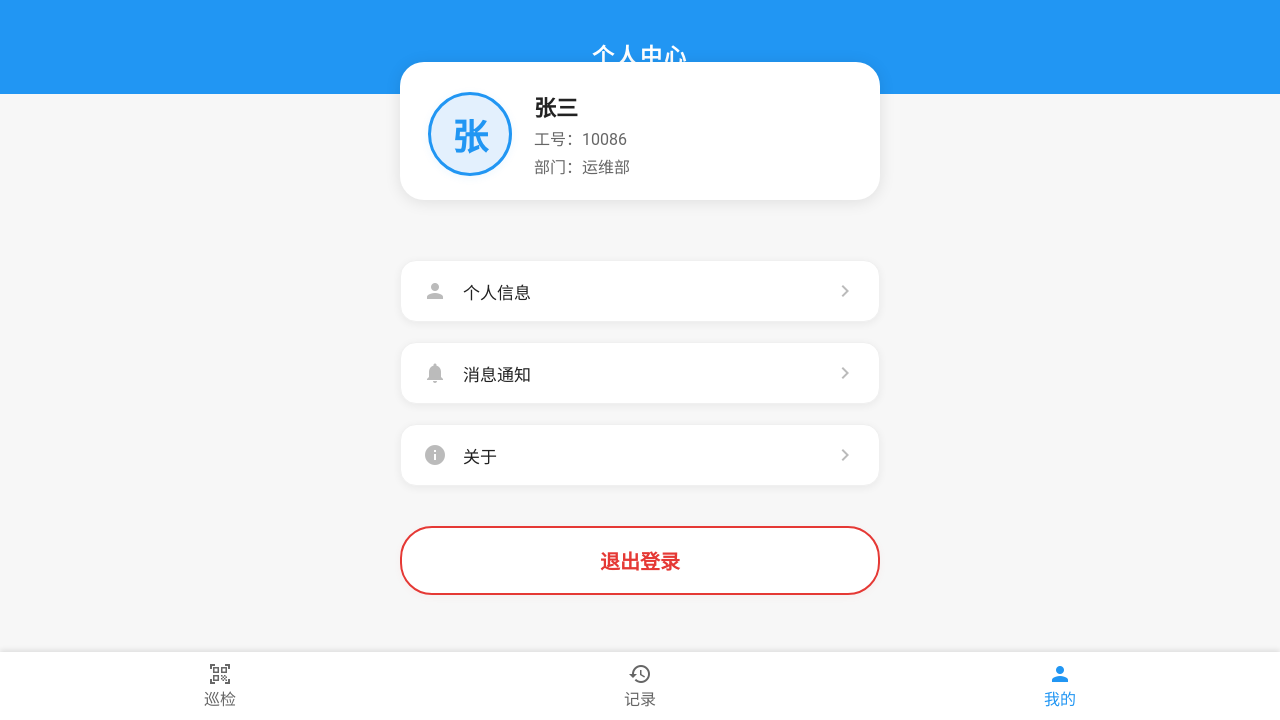
Repository: andyzheung/check-app
Page: UI原型/profile.html
These files come from the project's save history. The page is drawn as it stood at one moment and after the next save; the edit follows.
The browser window is 1280 px wide. The pictures show the whole page.

Above is the page before, as saved 2025-05-11 17:24:19.

After the next save:
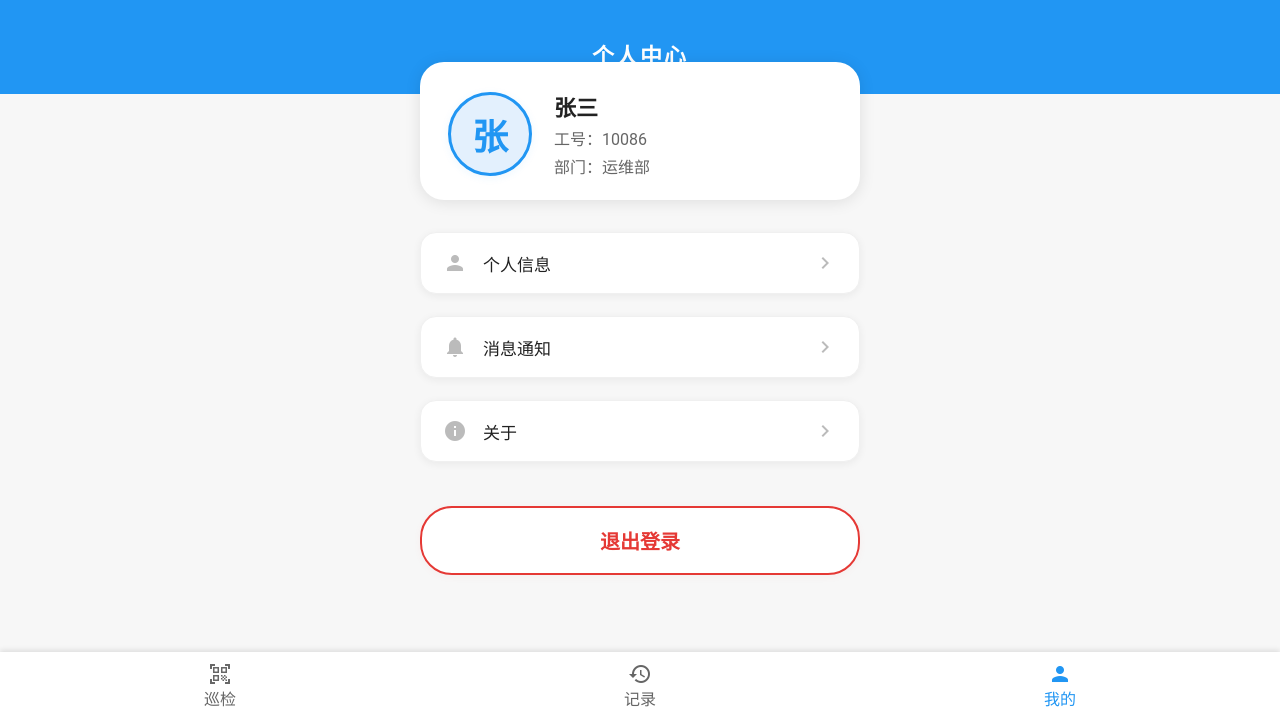
Saved 52 s later.
--- a/UI原型/css/profile.css
+++ b/UI原型/css/profile.css
@@ -21,20 +21,27 @@
     z-index: 1;
 }
 
+.profile-content-wrapper {
+    width: 100vw;
+    display: flex;
+    flex-direction: column;
+    align-items: center;
+    margin-top: -32px;
+}
+
 .profile-card {
-    width: 95vw;
-    max-width: 480px;
+    width: 92vw;
+    max-width: 440px;
     background: #fff;
     border-radius: 24px;
     box-shadow: 0 2px 16px rgba(0,0,0,0.10);
-    margin: 0 auto 28px auto;
+    margin: 0 auto 32px auto;
     display: flex;
     align-items: center;
     padding: 28px 28px 22px 28px;
     gap: 22px;
     position: relative;
     z-index: 2;
-    top: -32px;
 }
 
 .profile-avatar {
@@ -72,12 +79,12 @@
 }
 
 .menu-list {
-    width: 95vw;
-    max-width: 480px;
+    width: 92vw;
+    max-width: 440px;
     margin: 0 auto 0 auto;
     display: flex;
     flex-direction: column;
-    gap: 20px;
+    gap: 22px;
 }
 
 .menu-item {
@@ -119,9 +126,9 @@
 }
 
 .logout-button {
-    width: 95vw;
-    max-width: 480px;
-    margin: 40px auto 0 auto;
+    width: 92vw;
+    max-width: 440px;
+    margin: 44px auto 0 auto;
     padding: 18px 0;
     background: #fff;
     color: #e53935;
